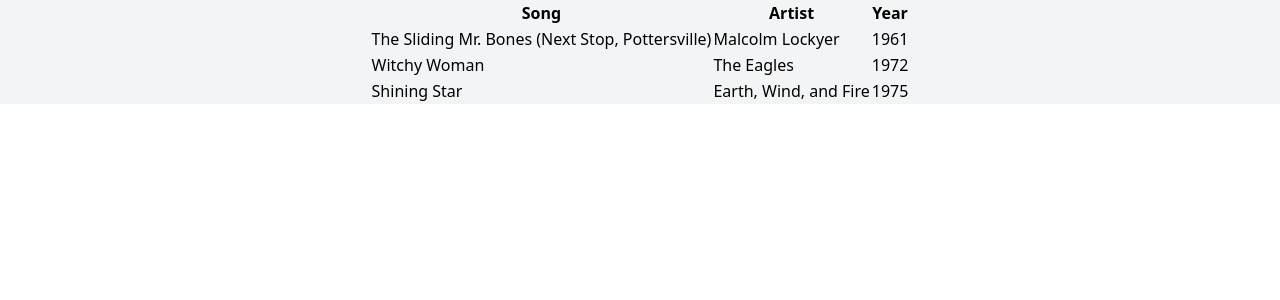
Repository: Semanmernstack/next-13-prisma-crud
Page: /
These files come from the project's save history. The page is drawn as it stood at one moment and after the next save; the edit follows.
The browser window is 1280 px wide. The pictures show the whole page.
The project was rebuilt for these pictures with package versions that can differ from the ones it lists, and the page was loaded fresh each time. The framework's server and built-in components were replaced by stand-ins that run in the browser. Also part of the build but not shown: next.config.js.

Above is the page before, as saved 2023-05-31 06:47:32.

After the next save:
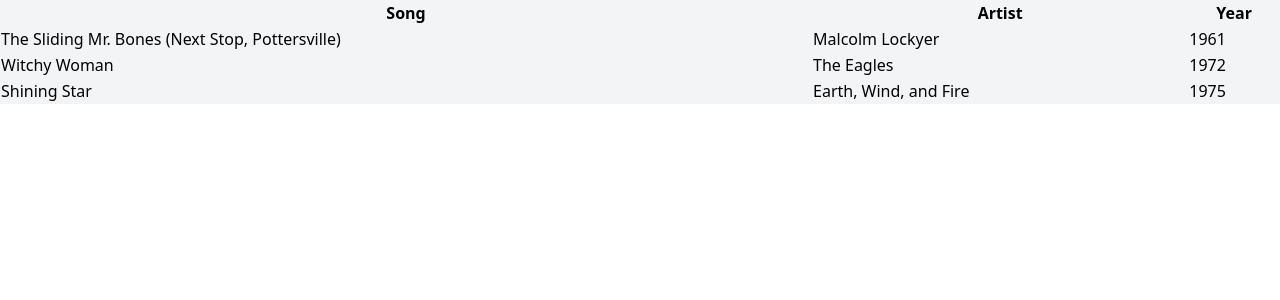
Saved 115 s later.
--- a/app/page.tsx
+++ b/app/page.tsx
@@ -6,7 +6,7 @@
     <main className="bg-gray-100">
       <Link href={'/product'}>
 
-      <table className="max-w-8xl mx-auto">
+      <table className="table w-full">
         <thead>
           <tr>
             <th>Song</th>
